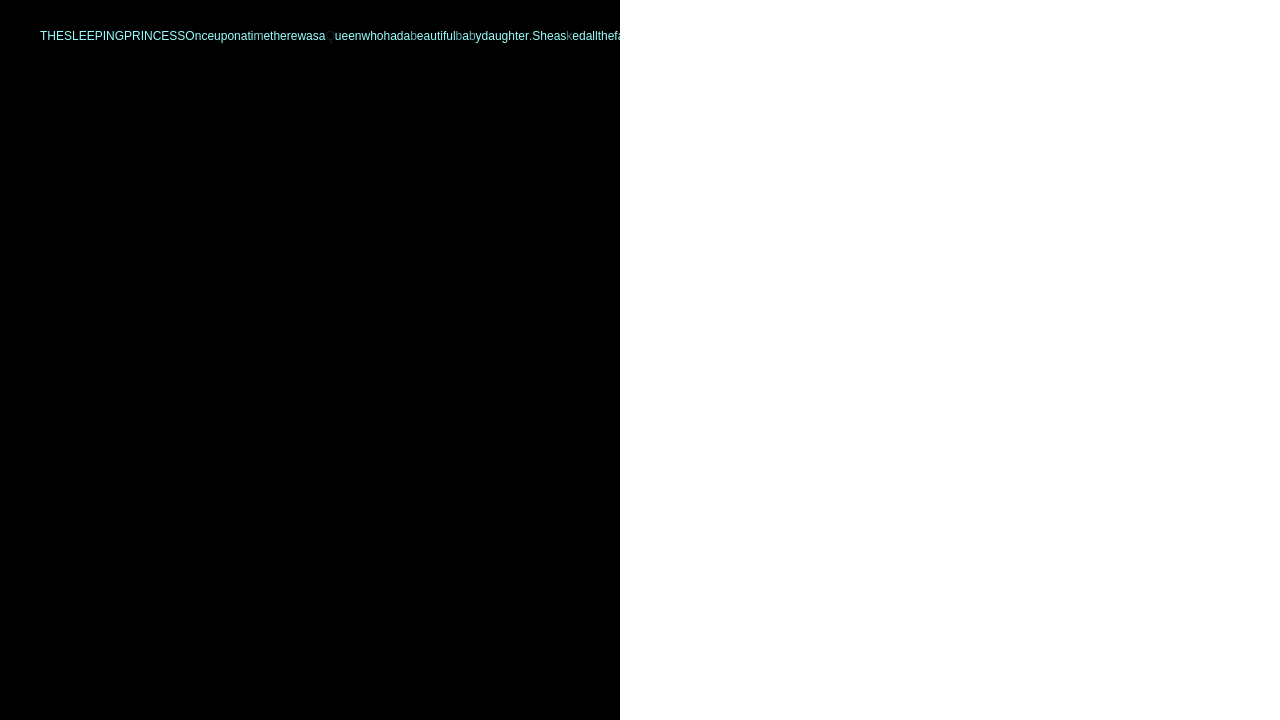
Repository: patriciqa/GenComp
Page: content/day07/typo/index.html
These files come from the project's save history. The page is drawn as it stood at one moment and after the next save; the edit follows.
The browser window is 1280 px wide. The pictures show the whole page.

Above is the page before, as saved 2021-10-13 14:22:23.

### content/day07/typo/sketch.js
let alphabet = "ABCDEFGHIJKLMNOPQRSTUVWXYZÄÖÜ,.!?"
let counters = [];
let joinedText;
let posX;
let posY;
let drawAlpha = true;

function preload() {
  joinedText = loadStrings("./text.txt");
}
function setup() {
  createCanvas(620, windowHeight);
  //
  joinedText = joinedText.join(" ");
  for (let i = 0; i < alphabet.length; i++) {
    counters[i] = 0;
  }
  countCharacters();
}

function draw() {
  background("black");
  posX = 40;
  posY = 40;

  for (let i = 0; i < joinedText.length; i++) {
    let upperCaseChar = joinedText.charAt(i).toUpperCase();
    let index = alphabet.indexOf(upperCaseChar);
    if (index < 0) continue;

    if (drawAlpha) {
      fill(153, 255, 255, counters[index] * 3);
    } else {
      fill(153, 255, 255);

    }

    let sortY = index * 20 + 40;
    let m = map(mouseX, 50, width - 50, 0, 1);
    m = constrain(m, 0, 1);
    let interY = lerp(posY, sortY, m);

    text(joinedText.charAt(i), posX, interY);

    posX += textWidth(joinedText.charAt(i));
    if (posX >= width - 200 && upperCaseChar == " ") {
      posY += 30;
      posX = 20;
    }
  }
}

function countCharacters() {
  for (let i = 0; i < joinedText.length; i++) {
    let c = joinedText.charAt(i);
    let upperCaseChar = c.toUpperCase();
    let index = alphabet.indexOf(upperCaseChar);
    if (index >= 0) counters[index]++;
  }
}

Loaded but not shown: content/day07/typo/index.html (common file); content/day07/typo/style.css (common file); content/day07/typo/libraries/p5.min.js (library); content/day07/typo/libraries/p5.sound.min.js (library)

After the next save:
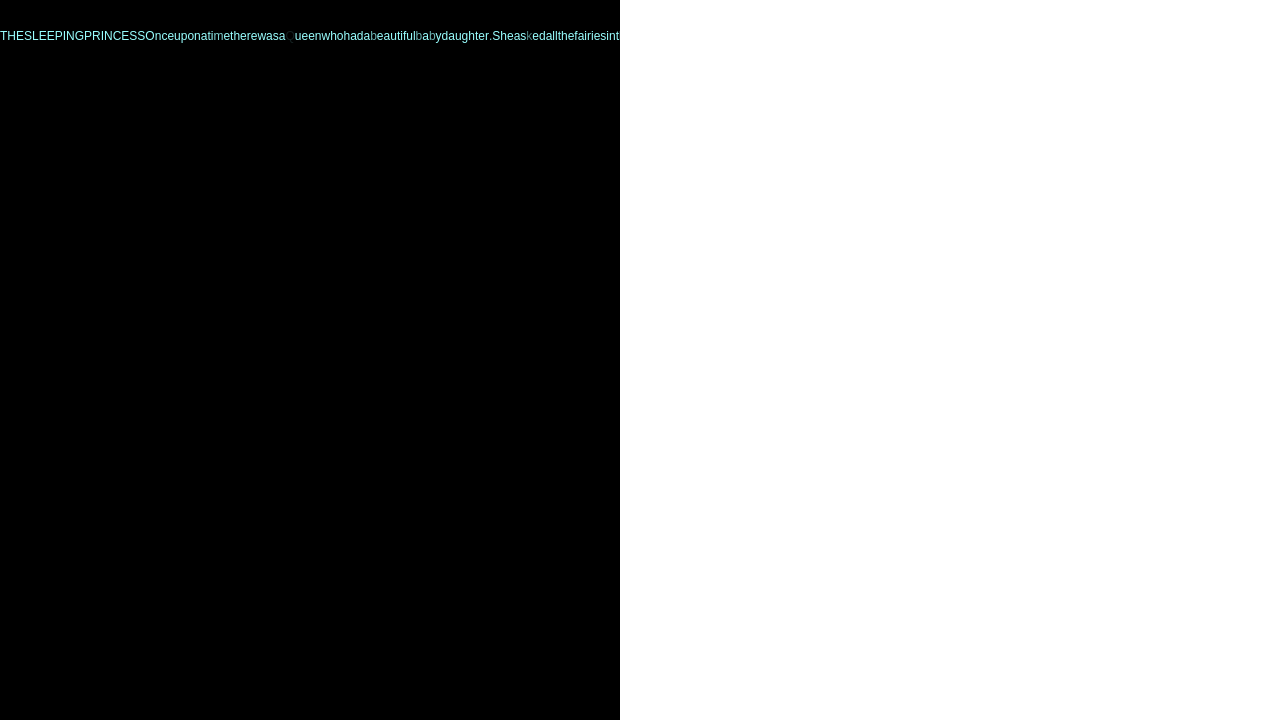
Saved 4 s later.
--- a/content/day07/typo/sketch.js
+++ b/content/day07/typo/sketch.js
@@ -20,7 +20,7 @@ function setup() {
 
 function draw() {
   background("black");
-  posX = 40;
+  posX = 0;
   posY = 40;
 
   for (let i = 0; i < joinedText.length; i++) {
